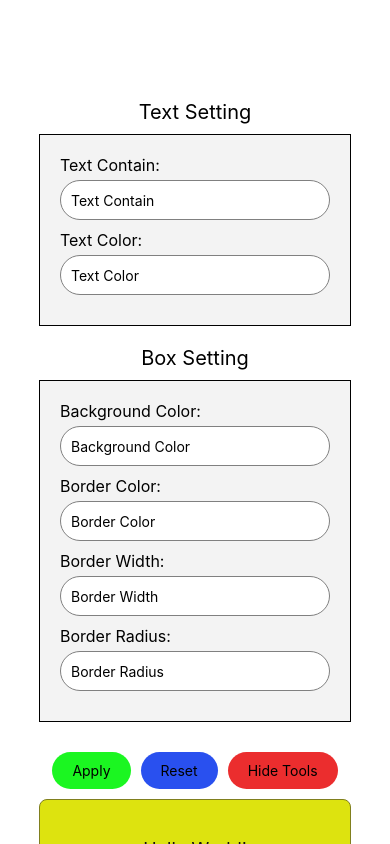
Repository: amirjavadikia/mobile-projectg
Screen: /
An editor plug-in stored every save of this project. The screen is shown before and after the next save, followed by the edit.
An inner scrolling area shows only its first screen. The app was drawn by React Native's web renderer in a window 390 px wide. The project was rebuilt for these pictures with package versions that can differ from the ones it lists, and the page was loaded fresh each time.

Above is the screen before, as saved 2024-05-14 22:31:14.

After the next save:
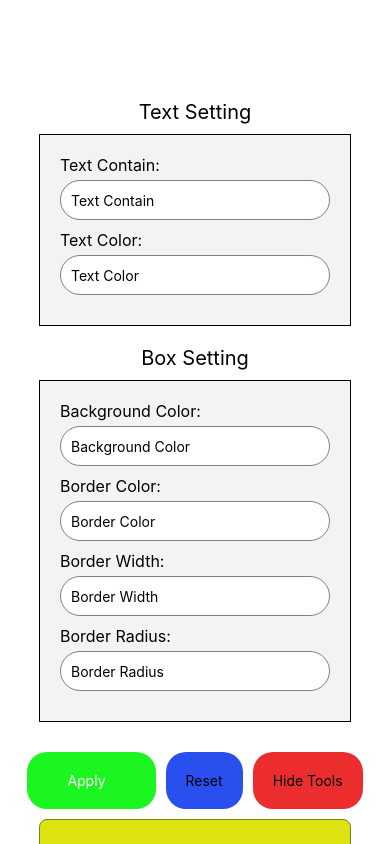
Saved 7 s later.
--- a/App.tsx
+++ b/App.tsx
@@ -220,7 +220,7 @@
                onPress={handleApplyChanges}
                style={styles.applyButton}
             >
-              <Text style={styles.applyButtonText}>Apply</Text>
+              <Text style={styles.applyButton}>Apply</Text>
             </TouchableOpacity>
 
                 <TouchableOpacity

After the save that followed:
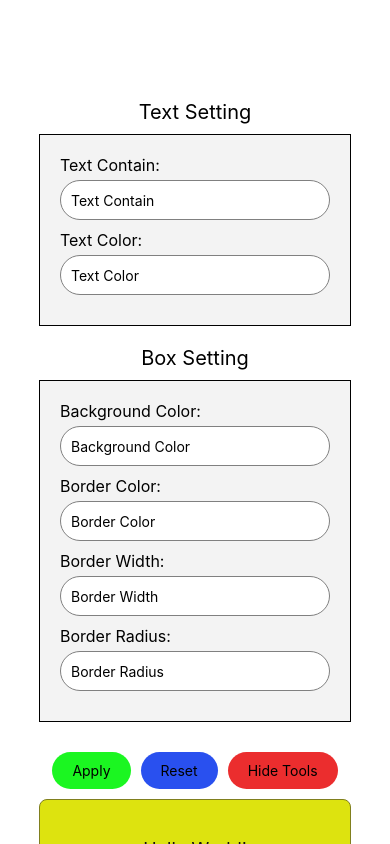
Saved 6 s later.
--- a/App.tsx
+++ b/App.tsx
@@ -220,7 +220,7 @@
                onPress={handleApplyChanges}
                style={styles.applyButton}
             >
-              <Text style={styles.applyButton}>Apply</Text>
+              <Text style={styles.applyButtonText}>Apply</Text>
             </TouchableOpacity>
 
                 <TouchableOpacity
